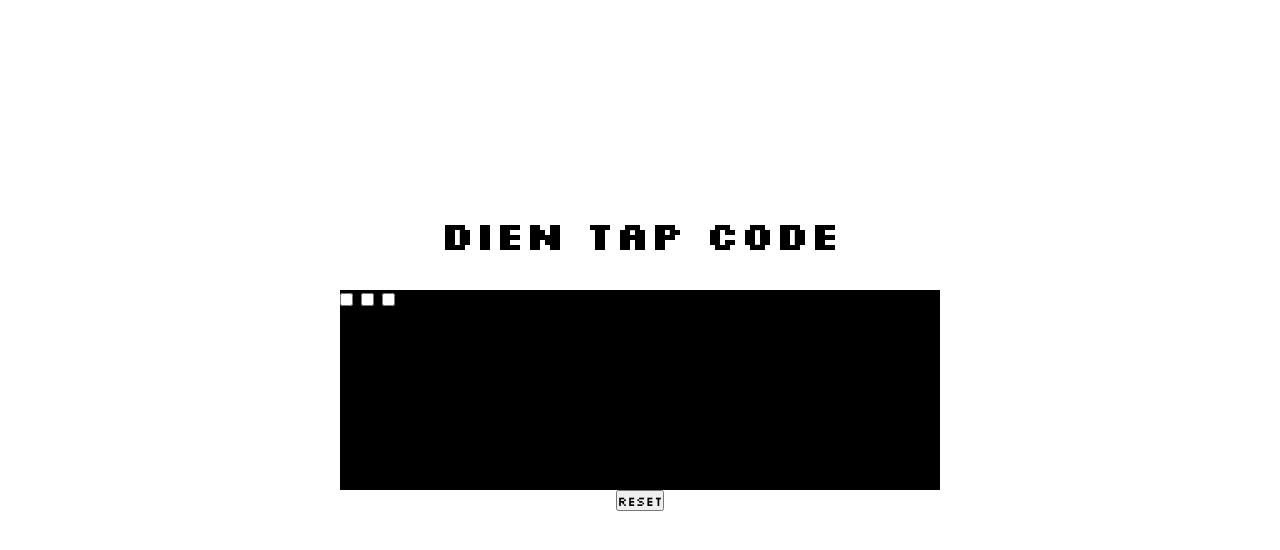
Repository: thanhdien235/matching-game
Page: matching-game/index.html
An editor plug-in stored every save of this project. The page is shown before and after the next save, followed by the edit.
The browser window is 1280 px wide. The pictures show the whole page.

Above is the page before, as saved 2022-10-09 20:50:32.

### matching-game/index.html
<!DOCTYPE html>
<html lang="en">
  <head>
    <meta charset="UTF-8" />
    <meta http-equiv="X-UA-Compatible" content="IE=edge" />
    <meta name="viewport" content="width=device-width, initial-scale=1.0" />
    <title>Matching</title>

    <link rel="stylesheet" href="main.css" />
  </head>
  <body>
    <h2>DIEN TAP CODE</h2>
    <div class="box">
      <label>
        <input type="checkbox" name="" id="chk1" />
        <i></i>
      </label>
      <label>
        <input type="checkbox" name="" id="chk2" />
        <i></i>
      </label>
      <label>
        <input type="checkbox" name="" id="chk3" />
        <i></i>
      </label>
    </div>
    <button class="reset">Reset</button>
  </body>
</html>

### matching-game/main.css
@import url("https://fonts.googleapis.com/css2?family=Silkscreen:wght@400;700&display=swap");
* {
  padding: 0;
  margin: 0;
  box-sizing: border-box;
  font-family: "Silkscreen", cursive;
}
body {
  display: flex;
  justify-content: center;
  align-items: center;
  flex-direction: column;
  min-height: 100vh;
}
h2 {
  margin-bottom: 30px;
  font-size: 2.5em;
}
.box {
  position: relative;
  width: 600px;
  height: 200px;
  background: #000;
}

After the next save:
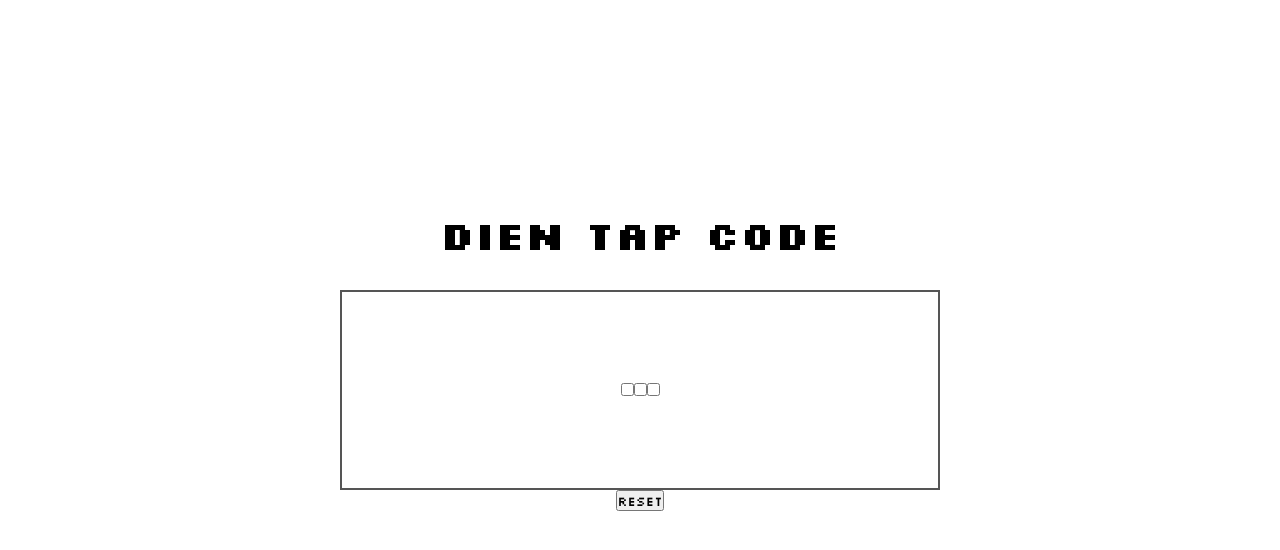
Saved 56 s later.
--- a/matching-game/main.css
+++ b/matching-game/main.css
@@ -20,5 +20,9 @@ h2 {
   position: relative;
   width: 600px;
   height: 200px;
-  background: #000;
+  /* background: #000; */
+  border: 2px solid #555;
+  display: flex;
+  justify-content: center;
+  align-items: center;
 }
